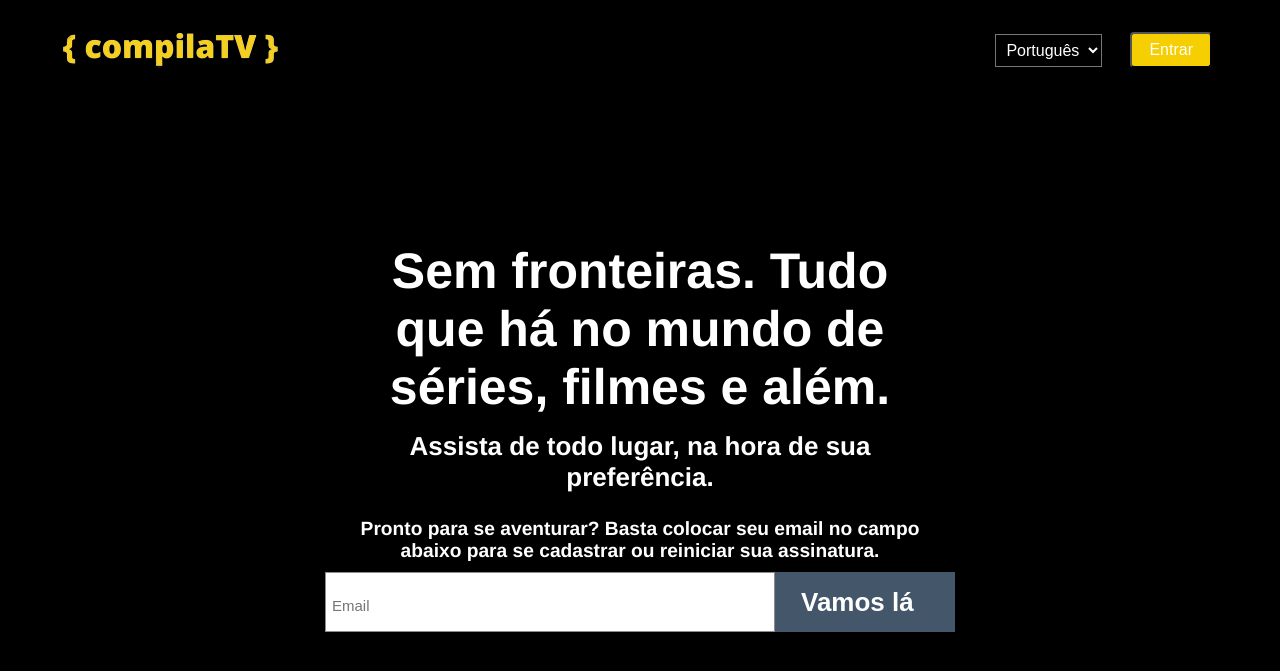
Repository: Wo1verine45/tcclets
Page: /
The author's editor kept a copy of each file at every save. The page is drawn from the files as they stood at one save, then again after the next save.
The browser window is 1280 px wide. The pictures show the whole page.
The project was rebuilt for these pictures with package versions that can differ from the ones it lists, and the page was loaded fresh each time. Also part of the build but not shown: src/pages/Main/homescreen.css, src/components/Input/index.js, src/pages/Login/Login.js.

Above is the page before, as saved 2021-10-22 18:50:52.

After the next save:
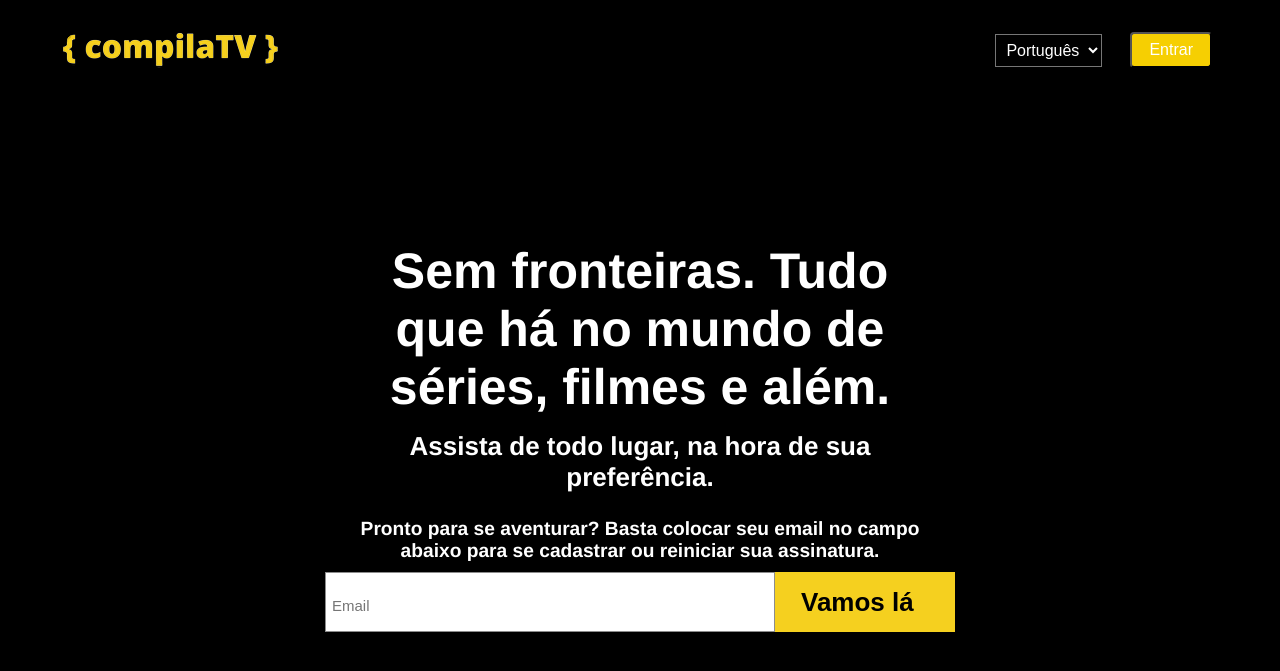
Saved 76 s later.
--- a/src/components/Button/Button.css
+++ b/src/components/Button/Button.css
@@ -6,9 +6,9 @@
     font-size: 1.625rem;
     font-weight: 600;
     padding: 0 1em;
-    background: rgb(67, 86, 106);
+    background: rgb(245, 208, 31) none repeat scroll 0% 0% !important;
     box-shadow: 0 1px 0 rgba(0,0,0,.45);
-    color: #fff;
+    color: rgb(0, 0, 0) !important;;
     min-height: 60px;
     line-height: initial;
     border: none;
